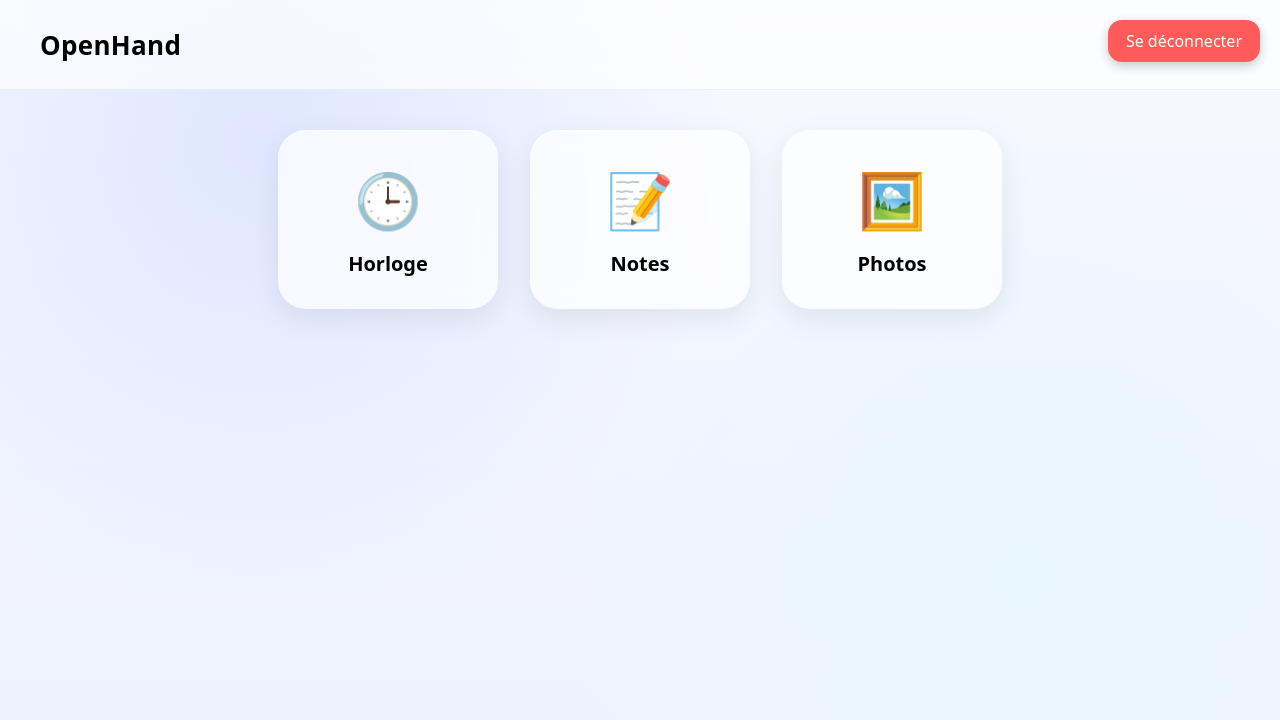
Repository: nlagardere/OpenHand
Page: index.html
These files come from the project's save history. The page is drawn as it stood at one moment and after the next save; the edit follows.
The browser window is 1280 px wide. The pictures show the whole page.

Above is the page before, as saved 2026-01-30 21:31:16.

### index.html
<!DOCTYPE html>
<html lang="fr">
<head>
<meta charset="UTF-8">
<title>OpenHand OS</title>
<link rel="stylesheet" href="style.css">
</head>

<body>

<div id="topbar">
  <div class="logo">OpenHand</div>
  <div id="clock"></div>
</div>

<div id="desktop"></div>

<div id="appWindow">
  <button id="backBtn" onclick="closeApp()">← Retour</button>
  <iframe id="appFrame"></iframe>
</div>

<!-- Place le bouton en haut à droite du launcher ou dans le header -->
<button id="logoutBtn">Se déconnecter</button>

<script>
// Pour l'instant, juste une action web-safe
const logoutBtn = document.getElementById('logoutBtn');

logoutBtn.addEventListener('click', () => {
    alert("Vous êtes “déconnecté” (web) ✅");
    // Ici tu peux revenir au launcher ou réinitialiser le DOM
    // Exemple : fermer toutes les apps ouvertes
    document.querySelectorAll('iframe').forEach(f => f.remove());
});
</script>

<style>
#logoutBtn {
    position: fixed;
    top: 20px;
    right: 20px;
    padding: 10px 18px;
    font-size: 16px;
    border-radius: 14px;
    border: none;
    cursor: pointer;
    background-color: #ff5b5b;
    color: white;
    box-shadow: 0 4px 12px rgba(0,0,0,.2);
    transition: transform 0.15s ease;
}
#logoutBtn:active {
    transform: scale(0.95);
}
</style>


<script src="main.js"></script>
</body>
</html>

### style.css
* {
  box-sizing:border-box;
  font-family: system-ui, -apple-system, sans-serif;
}

body {
  margin:0;
  height:100vh;
  background:
    radial-gradient(circle at 20% 20%, #dfe7ff, transparent 40%),
    radial-gradient(circle at 80% 80%, #e9f7ff, transparent 40%),
    linear-gradient(180deg,#f7f9ff,#eef2ff);
}

/* Top bar */

#topbar {
  height:90px;
  padding:0 40px;
  display:flex;
  align-items:center;
  justify-content:space-between;

  background:rgba(255,255,255,.65);
  backdrop-filter: blur(14px);
  border-bottom:1px solid rgba(0,0,0,.05);
}

.logo {
  font-size:26px;
  font-weight:700;
  letter-spacing:.3px;
}

#clock {
  font-size:22px;
  font-weight:500;
}

/* Desktop grid */

#desktop {
  padding:40px;
  display:grid;
  grid-template-columns:repeat(auto-fit, minmax(180px, 220px));
  gap:32px;
  justify-content:center;

  animation: desktopIn .6s ease;
}

@keyframes desktopIn {
  from {opacity:0; transform:translateY(30px);}
  to {opacity:1; transform:none;}
}

/* App cards */

.card {
  background:rgba(255,255,255,.7);
  backdrop-filter: blur(12px);
  border-radius:28px;

  padding:32px 20px;
  text-align:center;
  cursor:pointer;

  box-shadow:
    0 10px 30px rgba(0,0,0,.08),
    inset 0 1px 0 rgba(255,255,255,.6);

  transition:
    transform .25s cubic-bezier(.2,.8,.2,1),
    box-shadow .25s,
    background .25s;
}

.card:hover {
  transform:translateY(-10px) scale(1.05);
  box-shadow:0 20px 50px rgba(0,0,0,.12);
  background:rgba(255,255,255,.9);
}

.icon {
  font-size:54px;
  margin-bottom:14px;
}

.name {
  font-size:20px;
  font-weight:600;
}

/* App window plein écran */

#appWindow {
  position:fixed;
  inset:0;
  background:white;
  display:none;
  flex-direction:column;
  z-index:999;

  animation: appOpen .4s cubic-bezier(.2,.9,.2,1);
}

@keyframes appOpen {
  from {
    opacity:0;
    transform:scale(.96);
    filter:blur(8px);
  }
  to {
    opacity:1;
    transform:scale(1);
    filter:blur(0);
  }
}

#backBtn {
  margin:20px;
  padding:16px 28px;
  font-size:20px;
  border:none;
  border-radius:16px;
  background:#5b7cff;
  color:white;
  cursor:pointer;
}

#backBtn:active {
  transform:scale(.96);
}

iframe {
  flex:1;
  border:none;
}

### main.js
const apps = [
  { name:"Horloge", icon:"🕒", url:"apps/clock/clock.html" },
  { name:"Notes", icon:"📝", url:"apps/notes/notes.html" },
  { name:"Photos", icon:"🖼️", url:"apps/photos/photos.html" }
];

const desktop = document.getElementById("desktop");

apps.forEach(app => {
  const div = document.createElement("div");
  div.className = "card";

  div.innerHTML = `
    <div class="icon">${app.icon}</div>
    <div class="name">${app.name}</div>
  `;

  div.onclick = () => openApp(app.url);
  desktop.appendChild(div);
});

/* Horloge topbar */

function tick(){
  clock.textContent =
    new Date().toLocaleTimeString([], {hour:'2-digit',minute:'2-digit'});
}
setInterval(tick,1000);
tick();

/* App window */

function openApp(url){
  appFrame.src = url;
  appWindow.style.display = "flex";
}

function closeApp(){
  appWindow.style.display = "none";
}

After the next save:
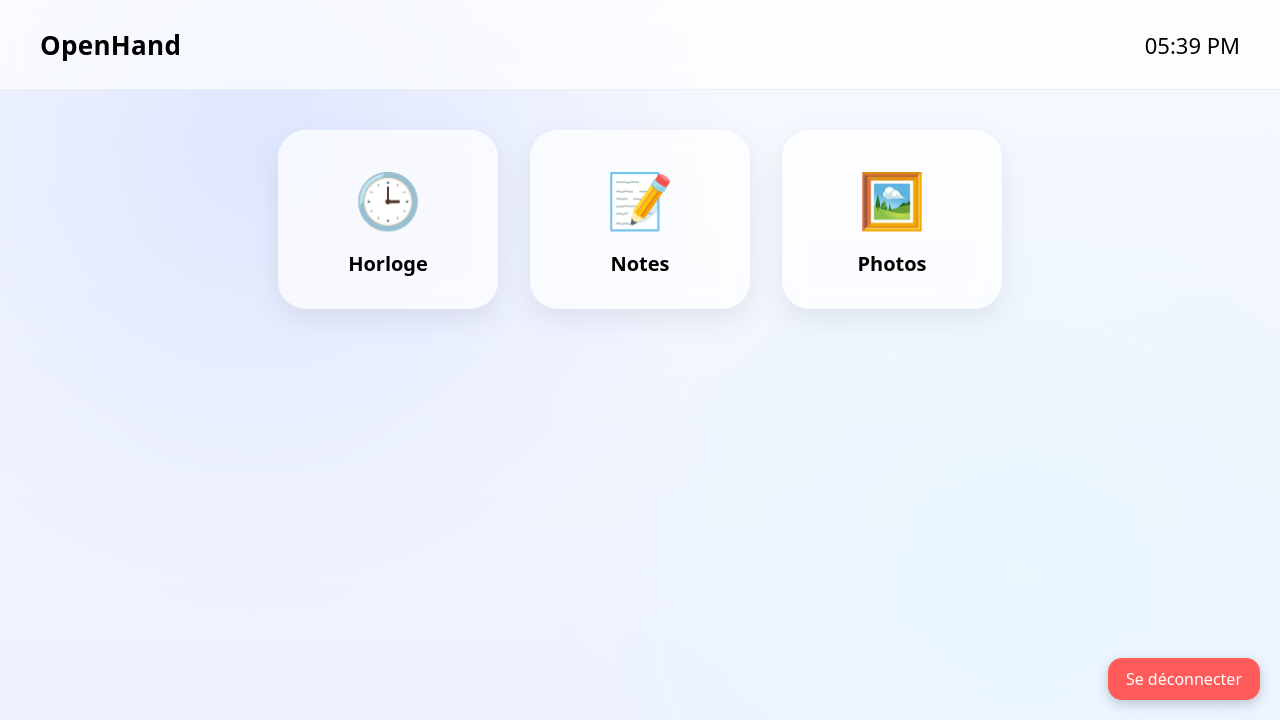
Saved 22 s later.
--- a/index.html
+++ b/index.html
@@ -38,7 +38,7 @@ logoutBtn.addEventListener('click', () => {
 <style>
 #logoutBtn {
     position: fixed;
-    top: 20px;
+    bottom: 20px;
     right: 20px;
     padding: 10px 18px;
     font-size: 16px;
